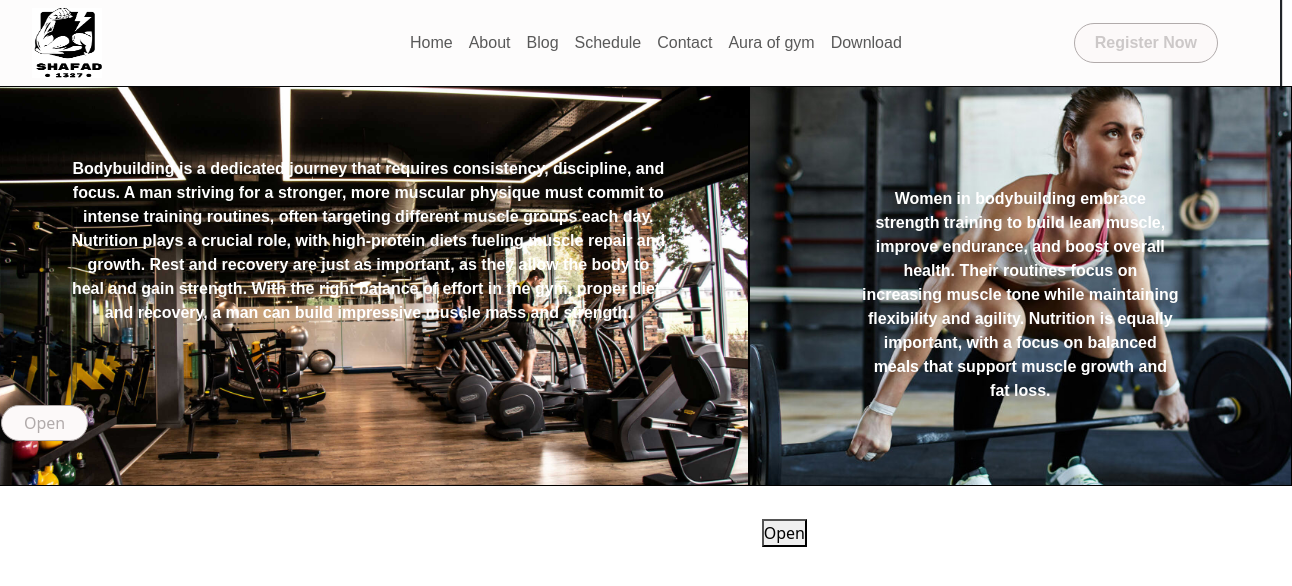
Repository: Daud-shafad/gymwebsite
Page: bootstrap-5.3.3-dist/bootstrap-5.3.3-dist/gym.html
The author's editor kept a copy of each file at every save. The page is drawn from the files as they stood at one save, then again after the next save.
The browser window is 1280 px wide. The page is 1292 px wide, so the pictures cover 1292 px, including what lies to the right of the window. The pictures show the whole page.

Above is the page before, as saved 2024-12-28 13:49:37.

### bootstrap-5.3.3-dist/bootstrap-5.3.3-dist/gym.html
<!DOCTYPE html>
<html lang="en">
<head>
    <title>GYM WEBSITE</title>
    <meta charset="UTF-8">
    <meta name="viewport" content="width=device-width, initial-scale=1.0">
    <meta name="author" content="Daud_Shafad">
    <meta name="Description" content="This gym website front-end part">
    <meta name="keyword" content="html, css, bootstrap, front-end, gym, website">
    <link rel="stylesheet" href="gym.css">
    <link rel="stylesheet" href="css/bootstrap.css">


</head>
<body>

    <nav class="navbar navbar-expand-lg" style="background-color: rgb(253, 252, 252); box-shadow: 1px -1px 1px 1px">
        <div class="container-fluid">
          <img src="power.png" style="width: 70px;
          height: 70px; margin-left: 20px;" >
          <button class="navbar-toggler" type="button" data-bs-toggle="collapse" data-bs-target="#navbarSupportedContent" aria-controls="navbarSupportedContent" aria-expanded="false" aria-label="Toggle navigation">
            <span class="navbar-toggler-icon"></span>
          </button>
          <div class="collapse navbar-collapse" id="navbarSupportedContent" style="font-family: sans-serif;">
            <ul class="navbar-nav me-auto mb-2 mb-lg-0" style="margin-left: 300px;">
              <li class="nav-item" >
                <a class="nav-link" aria-current="page" href="#">Home</a>
              </li>
              <li class="nav-item" >
                <a class="nav-link" href="#">About</a>
              </li>
              <li class="nav-item">
                <a class="nav-link" href="#">Blog</a>
              </li>
              <li class="nav-item">
                <a class="nav-link" aria-disabled="false">Schedule</a>
              </li>
              <li class="nav-item">
                <a class="nav-link" aria-disabled="false">Contact</a>
              </li>
              <li class="nav-item">
                <a class="nav-link" aria-disabled="false">Aura of gym</a>
              </li>
              <li class="nav-item">
                <a class="nav-link" aria-disabled="false">Download</a>
              </li>
              </ul>
           <button class="btn-register">
            Register Now
           </button>
          </div>
        </div>
      </nav>

      <div class="row">
        <div class="col-7">
          <p class="p-man-bodybuilding">Bodybuilding is a dedicated journey that requires consistency, discipline, and focus. A man striving for a stronger, more muscular physique must commit to intense training routines, often targeting different muscle groups each day. Nutrition plays a crucial role, with high-protein diets fueling muscle repair and growth. Rest and recovery are just as important, as they allow the body to heal and gain strength. With the right balance of effort in the gym, proper diet, and recovery, a man can build impressive muscle mass and strength.</p>
          <button class="btn-open-1">Open</button>
        </div>
        <div class="col-5">
        <p class="p-women-bodybuilding">Women in bodybuilding embrace strength training to build lean muscle, improve endurance, and boost overall health. Their routines focus on increasing muscle tone while maintaining flexibility and agility. Nutrition is equally important, with a focus on balanced meals that support muscle growth and fat loss.</p>
        <button class="btn-open-2">Open</button>
    </div>
      </div>





    <script src="js/bootstrap.js"></script>


</body>
</html>

### bootstrap-5.3.3-dist/bootstrap-5.3.3-dist/gym.css
*{
    margin:0;
    padding: 0;
}

.btn-register{
    background-color: rgb(252, 249, 249);
    padding: 7px 20px 7px 20px;
    border: 1px solid rgb(177, 171, 171);
    cursor: pointer;
    border-radius: 25px;
    margin-right: 50px;
    font-family: sans-serif;
    font-size: 16px;
    font-weight: 600;
    color: rgb(204, 200, 200);
    text-transform: capitalize;
    transition: all 2s;
}

.btn-register:hover{
   background-color: rgb(177, 171, 171);
   color: rgb(252, 249, 249);
   border: rgb(252, 249, 249);
   letter-spacing: 2px;
   box-shadow: 2px 1px 2px 2px;

}

#navbarSupportedContent:hover{
    letter-spacing: 1px;
    color: black;
    cursor: pointer;
    transition: all 2s;
}

.row .col-7{

    background: url(Gym5.jpg);
    background-position: center;
    background-size: cover;
    background-repeat: no-repeat;
    height: 400px;
    border: 1px solid black;
}

.row .col-7 .p-man-bodybuilding{
    font-family: sans-serif;
    font-size: 16px;
    font-weight: 600;
    text-align: center;
    padding: 70px;
    color: white;
}

.row .col-7 .btn-open-1{
   background-color: rgb(252, 249, 249);
   color: rgb(177, 171, 171);
   border: 1px solid rgb(177, 171, 171);
   cursor: pointer;
   border-radius: 25px;
   padding: 5px 22px 5px 22px;
   margin-top: -100px;
}

.row .col-5{
    background: url(Photowomen2.jpg);
    background-position: center;
    background-size: cover;
    background-repeat: no-repeat;
    height: 400px;
    border: 1px solid black;

}

.row .col-5 .p-women-bodybuilding{
    font-family: sans-serif;
    font-size: 16px;
    font-weight: 600;
    text-align: center;
    padding: 100px;
    color: white;
}

Loaded but not shown: bootstrap-5.3.3-dist/bootstrap-5.3.3-dist/css/bootstrap.css (library); bootstrap-5.3.3-dist/bootstrap-5.3.3-dist/js/bootstrap.js (library)

After the next save:
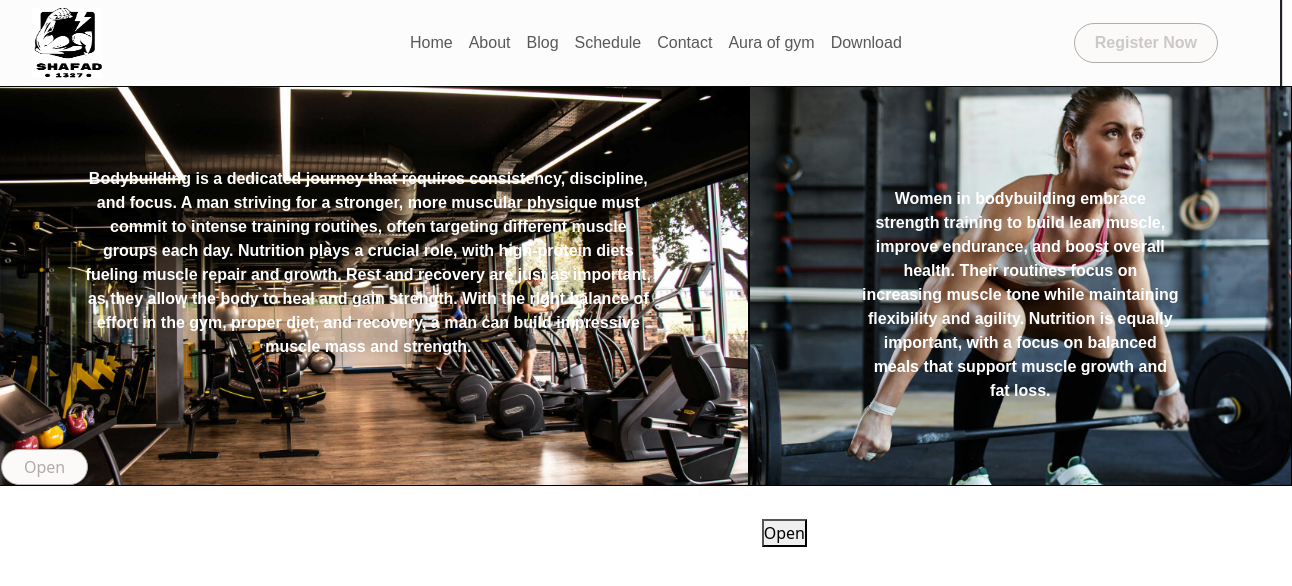
Saved 9 s later.
--- a/bootstrap-5.3.3-dist/bootstrap-5.3.3-dist/gym.css
+++ b/bootstrap-5.3.3-dist/bootstrap-5.3.3-dist/gym.css
@@ -49,7 +49,7 @@
     font-size: 16px;
     font-weight: 600;
     text-align: center;
-    padding: 70px;
+    padding: 80px;
     color: white;
 }
 
